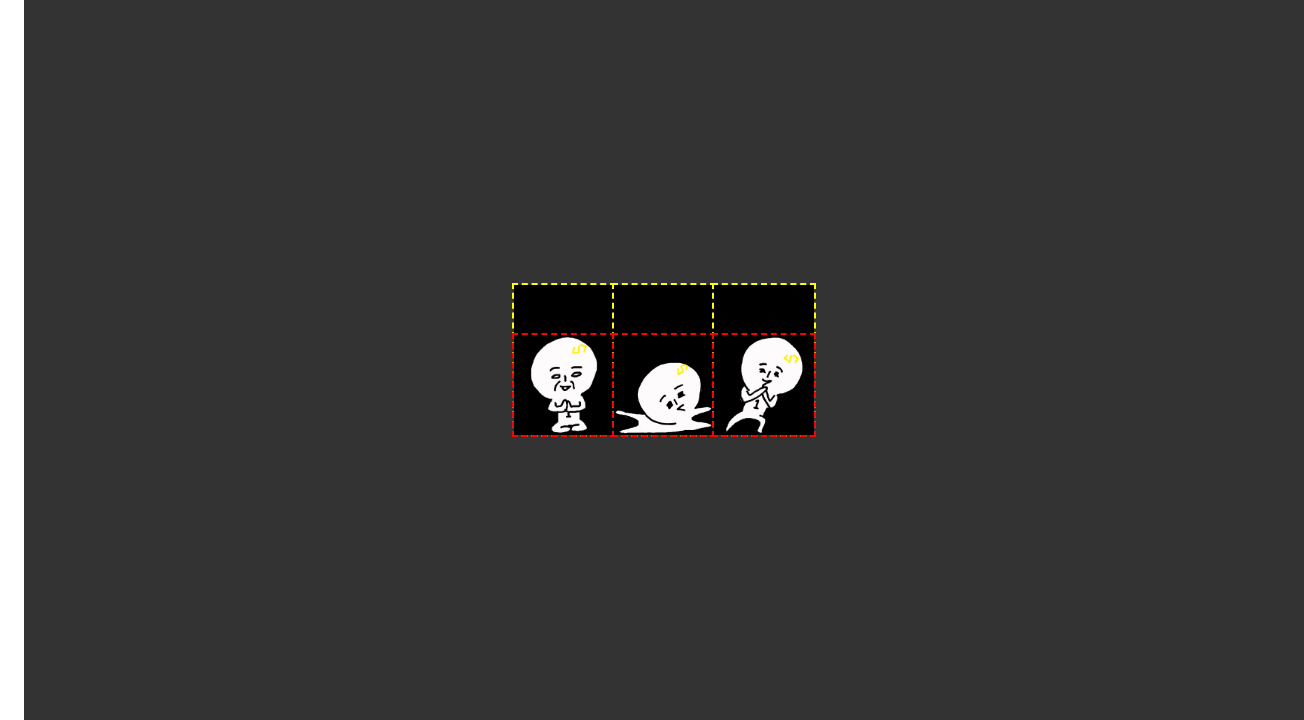
Repository: YEOMJINSEOP/CSSLab
Page: / (app in csslab/)
These files come from the project's save history. The page is drawn as it stood at one moment and after the next save; the edit follows.
The browser window is 1280 px wide. The page is 1304 px wide, so the pictures cover 1304 px, including what lies to the right of the window. The pictures show the whole page.
The project was rebuilt for these pictures with package versions that can differ from the ones it lists, and the page was loaded fresh each time. Also part of the build but not shown: csslab/src/components/Basic3d.jsx.

Above is the page before, as saved 2023-05-17 23:35:07.

After the next save:
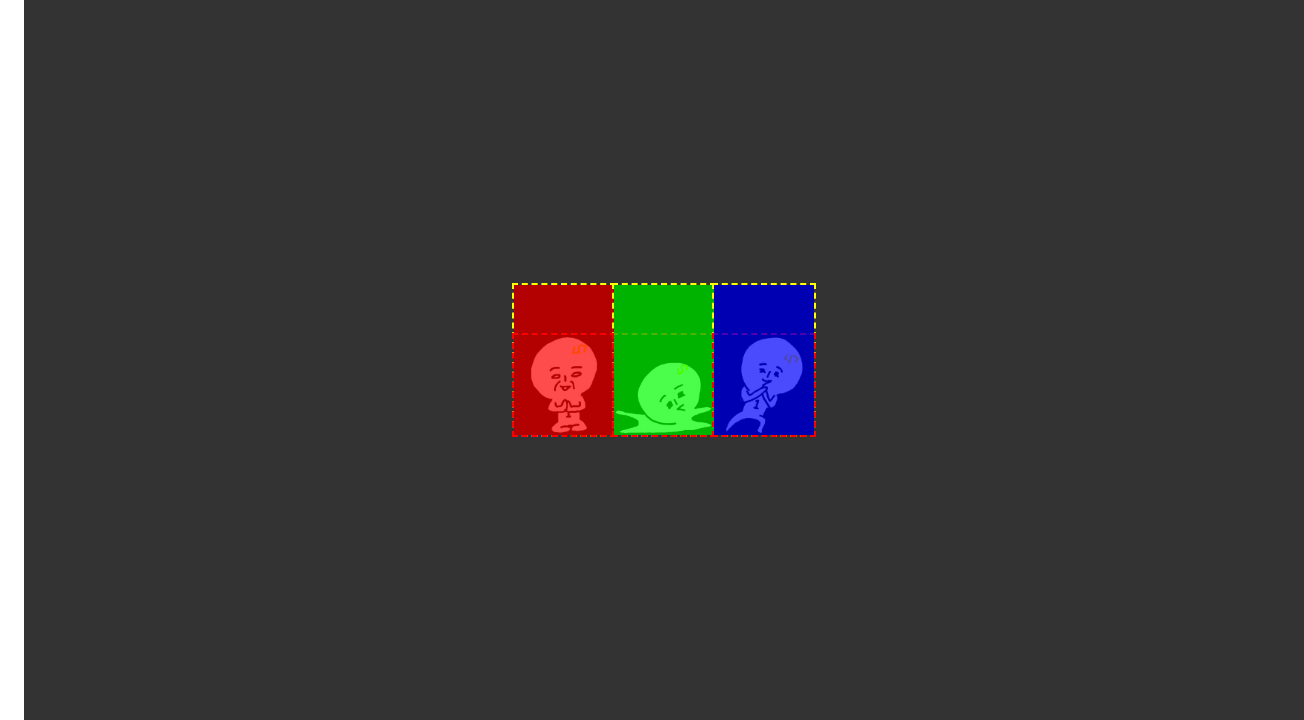
Saved 15 s later.
--- a/csslab/src/components/ThreeDoors.module.css
+++ b/csslab/src/components/ThreeDoors.module.css
@@ -40,7 +40,7 @@
 .door:nth-child(3) .ilbuni {background-image: url('../../public/images/ilbuni_2.png');}
 
 
-.door-body {
+.doorBody {
   position: absolute;
   left: 0;
   top: 0;
@@ -48,6 +48,6 @@
   height: 100%
 }
 
-.door:nth-child(1) .door-body {background: rgba(255, 0, 0, 0.7);}
-.door:nth-child(2) .door-body {background: rgba(0, 255, 0, 0.7);}
-.door:nth-child(3) .door-body {background: rgba(0, 0, 255, 0.7);}
+.door:nth-child(1) .doorBody {background: rgba(255, 0, 0, 0.7);}
+.door:nth-child(2) .doorBody {background: rgba(0, 255, 0, 0.7);}
+.door:nth-child(3) .doorBody {background: rgba(0, 0, 255, 0.7);}
